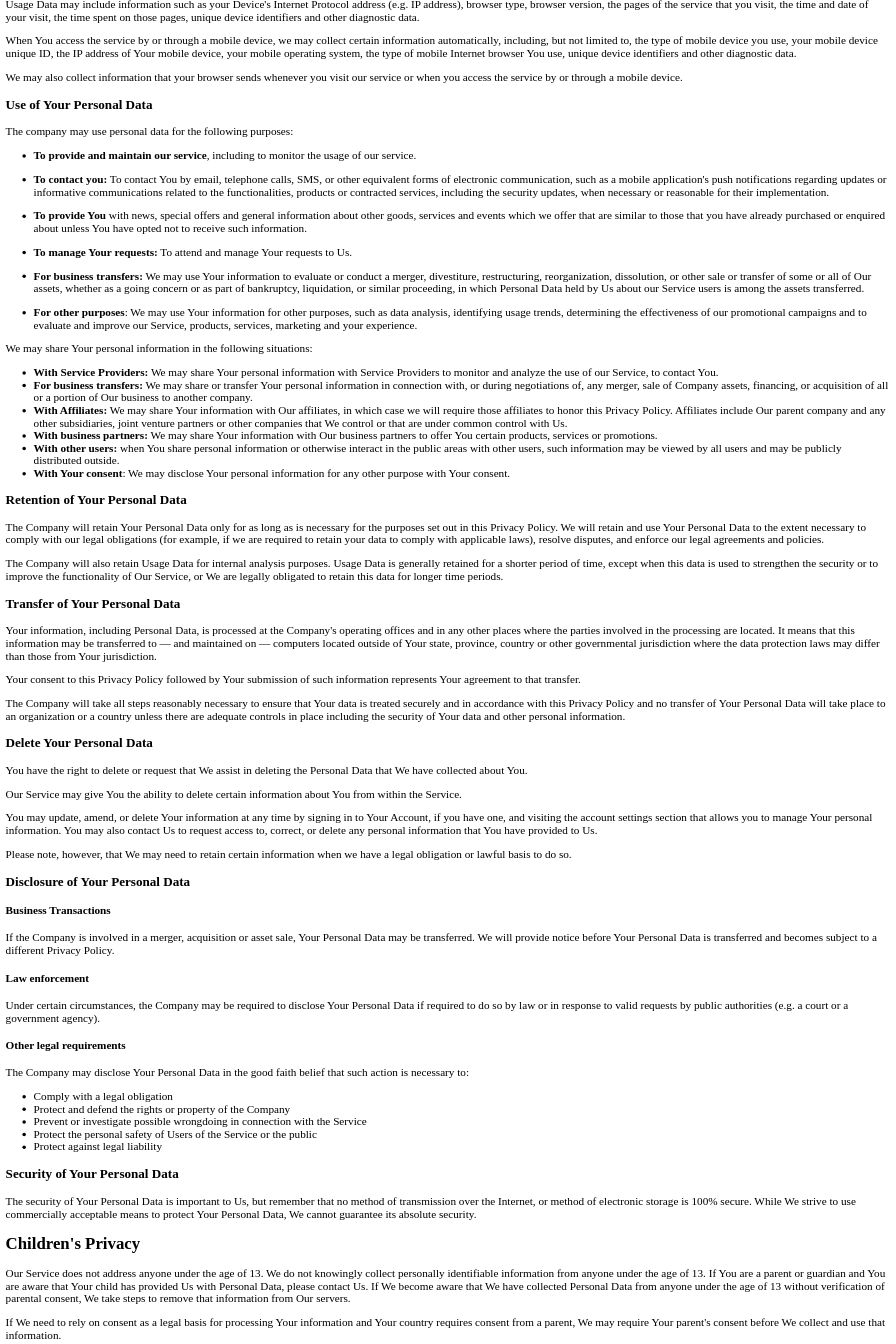
Repository: danielzhang2001/Clodbot
Page: privacy-policy.html
The author's editor kept a copy of each file at every save. The page is drawn from the files as they stood at one save, then again after the next save.
The browser window is 1280 px wide. The pictures show the part of the page from y = 1135 to 3055 px (the page is 3476 px tall before and 3458 px after), at 70% of full size.

Above is the page before, as saved 2024-04-18 01:13:44.

After the next save:
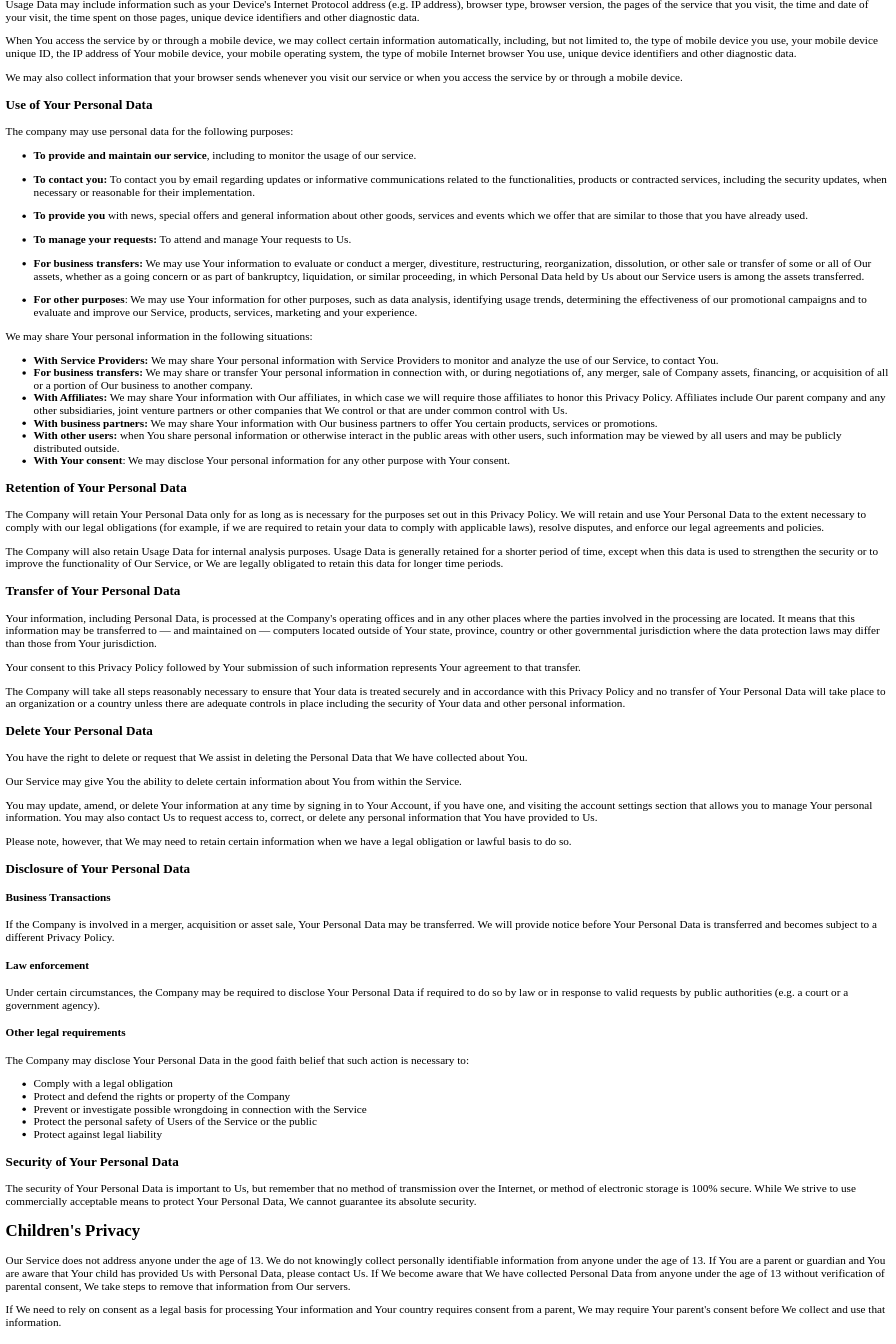
Saved 2 min 16 s later.
--- a/privacy-policy.html
+++ b/privacy-policy.html
@@ -84,18 +84,16 @@
     <p><strong>To provide and maintain our service</strong>, including to monitor the usage of our service.</p>
   </li>
   <li>
-    <p><strong>To contact you:</strong> To contact You by email, telephone calls, SMS, or other equivalent forms of
-      electronic communication, such as a mobile application's push notifications regarding updates or informative
+    <p><strong>To contact you:</strong> To contact you by email regarding updates or informative
       communications related to the functionalities, products or contracted services, including the security updates,
       when necessary or reasonable for their implementation.</p>
   </li>
   <li>
-    <p><strong>To provide You</strong> with news, special offers and general information about other goods, services and
-      events which we offer that are similar to those that you have already purchased or enquired about unless You have
-      opted not to receive such information.</p>
+    <p><strong>To provide you</strong> with news, special offers and general information about other goods, services and
+      events which we offer that are similar to those that you have already used.</p>
   </li>
   <li>
-    <p><strong>To manage Your requests:</strong> To attend and manage Your requests to Us.</p>
+    <p><strong>To manage your requests:</strong> To attend and manage Your requests to Us.</p>
   </li>
   <li>
     <p><strong>For business transfers:</strong> We may use Your information to evaluate or conduct a merger,
